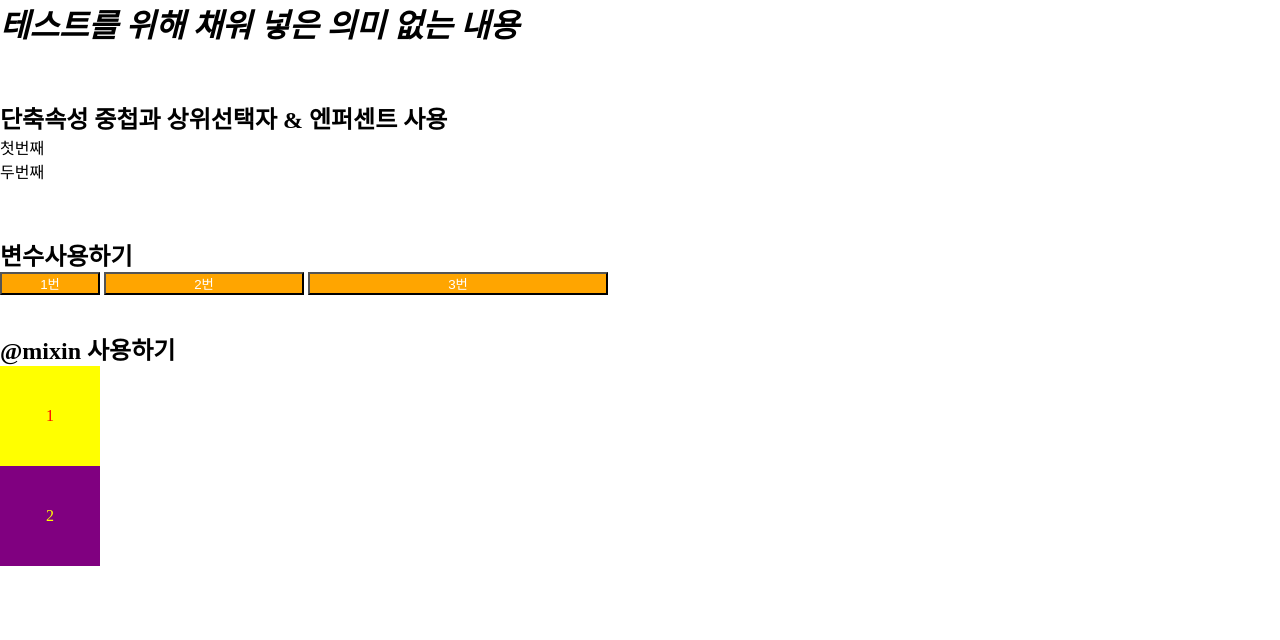
Repository: Axing00/SCSS
Page: test/index.html
An editor plug-in stored every save of this project. The page is shown before and after the next save, followed by the edit.
The browser window is 1280 px wide. The pictures show the whole page.
The style sheet was rebuilt from its Sass, Less or Tailwind sources for each picture, by a compiler version that may differ from the author's.

Above is the page before, as saved 2023-03-20 16:03:02.

After the next save:
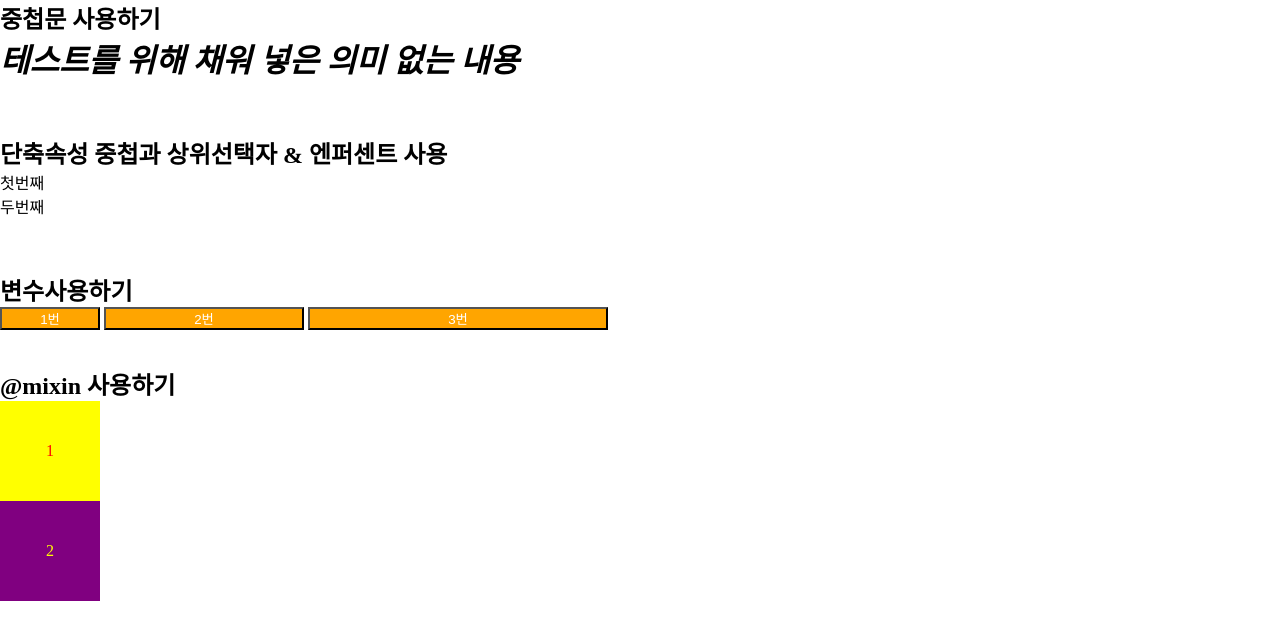
Saved 23 s later.
--- a/test/index.html
+++ b/test/index.html
@@ -10,6 +10,8 @@
 </head>
 
 <body>
+
+	<h2>중첩문 사용하기</h2>
 	<p>테스트를 위해 채워 넣은 의미 없는 내용</p>
 
 	<br>
